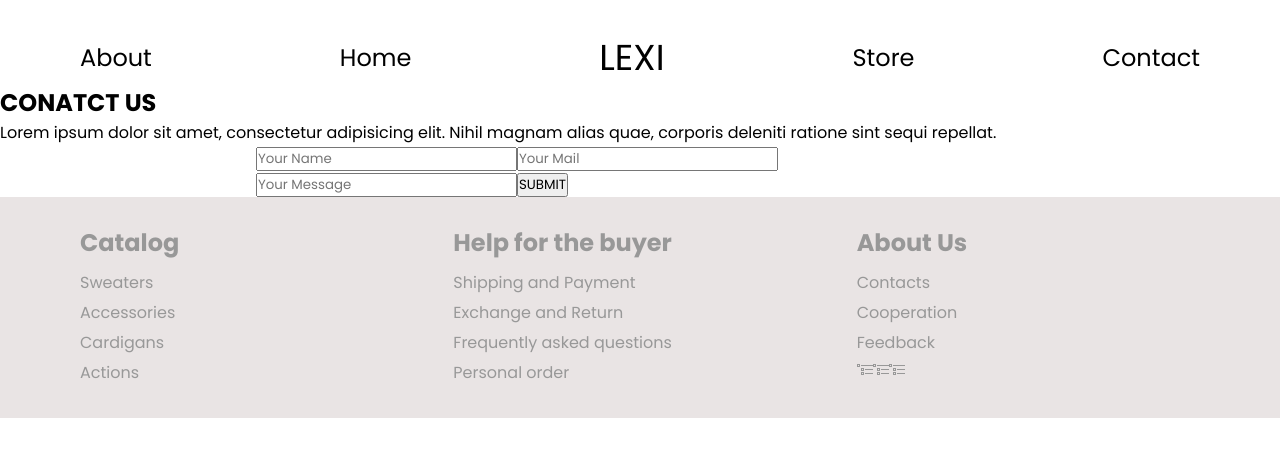
Repository: BuduCE/lexi
Page: /contact
The author's editor kept a copy of each file at every save. The page is drawn from the files as they stood at one save, then again after the next save.
The browser window is 1280 px wide. The pictures show the whole page.
The project was rebuilt for these pictures with package versions that can differ from the ones it lists, and the page was loaded fresh each time. The framework's server and built-in components were replaced by stand-ins that run in the browser. Also part of the build but not shown: nuxt.config.ts, components/CartIcon.vue, components/Icons/Cart.vue, components/Icons/Close.vue, components/Icons/CloseHam.vue, components/Icons/RightArrow.vue, components/Product.vue.

Above is the page before, as saved 2023-05-24 06:37:52.

### assets/main.css
@import url('https://fonts.googleapis.com/css2?family=Montserrat:ital,wght@0,200;0,300;0,400;0,500;0,600;0,700;0,800;0,900;1,200;1,300;1,400;1,500;1,600;1,700;1,800;1,900&family=Poppins:wght@100;200;300;400;500;700;900&display=swap');

*{
    margin: 0;
    padding: 0;
    box-sizing: border-box;
    font-family: poppins;
}

### components/Footer.vue
<template>
    <footer>
        <div class="catalog footer_pane">
            <h2>Catalog</h2>
            <p>Sweaters</p>
            <p>Accessories</p>
            <p>Cardigans</p>
            <p>Actions</p>
        </div>
        <div class="help footer_pane">
            <h2>Help for the buyer</h2>
            <p>Shipping and Payment</p>
            <p>Exchange and Return</p>
            <p>Frequently asked questions</p>
            <p>Personal order</p>
        </div>
        <div class="about footer_pane">
            <h2>About Us</h2>
            <p>Contacts</p>
            <p>Cooperation</p>
            <p>Feedback</p>
            <div class="socials">
                <IconsHamburger />
                <IconsHamburger />
                <IconsHamburger />
            </div>
        </div>
    </footer>
</template>

<style>
footer{
    background: #E9E4E4;
    color: #989898;
    padding: 28px 80px;
    display: grid;
    grid-template-columns: 1fr 1fr 1fr;
}
.footer_pane h2{
    padding-bottom: 10px;
}
.footer_pane p{
    padding-bottom: 5px;
}
.help{
    padding-right: 30px;
}
.about{
    padding-left: 30px;
}
@media screen and (max-width: 768px) {
    footer{
        display: grid;
        grid-template-columns: 1fr 1fr;
        padding: 28px 80px;
    }
    .help {
        padding-right: 0;
    }

    .about {
        padding-left: 0;
    }
}
@media screen and (max-width: 596px) {
    footer{
        grid-template-columns: 1fr;
        padding: 10px 60px;
    }
}
@media screen and (max-width: 463px) {
    footer{
        padding: 10px 10px;
    }
}
</style>

### components/Header.vue
<script setup>
// Hamburger Menu
const showMenu = ref(false)

const handleMenu = () => showMenu.value = !showMenu.value

</script>

<template>
    <div>
        <header class="nav">
            <NuxtLink to="/about" class="nav_option">About</NuxtLink>
            <NuxtLink to="/" class="nav_option">Home</NuxtLink>
            <a class="logo" id="logo">LEXI</a>
            <NuxtLink to="/store" class="nav_option">Store</NuxtLink>
            <NuxtLink to="" class="nav_option">Contact</NuxtLink>
        </header>

        <header class="nav_mob">
            <a href="#" class="logo" id="mob_logo">LEXI</a>

            <div v-show="showMenu" class="desk_nav" id="mobi-links">

                <button class="logomob hamburger_close" id="close_hamburger" style="color: red;" @click="handleMenu">X CLOSE X</button>


                <NuxtLink to="/" class="nav_option">Home</NuxtLink>

                <NuxtLink to="/about" class="nav_option">About</NuxtLink>

                <NuxtLink to="/store" class="nav_option">Store</NuxtLink>

                <NuxtLink to="/contact" class="nav_option">Contact</NuxtLink>

            </div>

            <button class="hamburger"  id="hamburger" @click="showMenu = true">
                <svg stroke="currentColor" fill="none" stroke-width="2.5" viewBox="0 0 24 24" stroke-linecap="round"
                    stroke-linejoin="round" class="h-6 w-6" height="2em" width="2em" xmlns="http://www.w3.org/2000/svg">
                    <line x1="3" y1="12" x2="21" y2="12"></line>
                    <line x1="3" y1="6" x2="21" y2="6"></line>
                    <line x1="3" y1="18" x2="21" y2="18"></line>
                </svg>
            </button>
            <!-- <IconsHamburger class="hamburger"  id="hamburger" @click="showMenu = true"/> -->
        </header>
    </div>
</template>

<style>
.nav{
    display: flex;
    align-items: center;
    justify-content: space-between;
    padding: 30px 80px 0px 80px;
}
.nav a{
    text-decoration: none;
    color: #000;
    font-size: 1.5rem;
}
.nav_mob a{
    text-decoration: none;
    color: #000;
}
.nav a:hover{
    font-weight: bolder;
    transition: 1s;
}
.nav_mob a:hover{
    font-weight: bolder;
    transition: 1s;
}
#logo{
    font-size: 2.25rem;
    font-weight: normal;
}
#mob_logo{
    font-size: 1.8rem;
    font-weight: normal;
}
.nav_mob{
    display: none;
}
/* Responsiveness */
@media screen and (max-width: 768px) {
    .nav {
        padding: 10px 80px 0 80px;
    }
}
@media screen and (max-width: 596px) {
    .nav{
        padding: 10px 60px 0 60px;
    }
    .nav a{
        font-size: 1.2rem;
    }
}
@media screen and (max-width: 463px) {
    .nav{
        display: none;
    }
    .nav_mob{
        display: flex;
        justify-content: space-between;
        align-items: center;
        padding: 0 10px;
        padding-top: 10px;
    }
    .desk_nav{
        /* display: none; */
        display: flex;
        width: 35%;
        flex-direction: column;
        padding: 10px 0;
        text-align: center;
        position: fixed;
        top: 0;
        right: 0;
        background: #fff;
        z-index: 5;
        position: fixed;
        animation: fadeIn 2s;
        box-shadow: -8px 9px 14px -3px rgba(0, 0, 0, 0.78);
            -webkit-box-shadow: -8px 9px 14px -3px rgba(0, 0, 0, 0.78);
            -moz-box-shadow: -8px 9px 14px -3px rgba(0, 0, 0, 0.78);
    }
    .desk_nav a {
        padding: 10px;
        cursor: pointer;
    }
    .hamburger_close{
        font-size: 0.75rem;
    }
    .hamburger{
        background: none;
        border: none;
        cursor: pointer;
    }
    #close_hamburger{
        border: none;
        background: none;
    }
}
</style>

### components/Icons/Hamburger.vue

<template>
    <svg xmlns="http://www.w3.org/2000/svg" width="1em" height="1em" viewBox="0 0 2048 2048">
        <path fill="currentColor"
            d="M512 384h1536v128H512V384zm512 640V896h1024v128H1024zm0 512v-128h1024v128H1024zM0 640V256h384v384H0zm128-256v128h128V384H128zm384 768V768h384v384H512zm128-256v128h128V896H640zm-128 768v-384h384v384H512zm128-256v128h128v-128H640z">
        </path>
    </svg>
</template>

<script>
export default {
    name: 'FluentMdl2BulletedTreeList'
}
</script>

### pages/contact.vue
<template>
    <Header />

    <div class="form">
        <h2>CONATCT US</h2>
        <p>Lorem ipsum dolor sit amet, consectetur adipisicing elit. Nihil magnam alias quae, corporis deleniti ratione sint sequi repellat.</p>

        <form action="">
            <input type="text" placeholder="Your Name">

            <input type="text" placeholder="Your Mail">

            <input type="text" placeholder="Your Message">

            <button>SUBMIT <IconRightArrow /></button>
        </form>

    </div>

    <Footer />
</template>

<style>
form{
    width: 60%;
    margin: auto;
    border
}
</style>

Loaded but not shown: app.vue (common file)

After the next save:
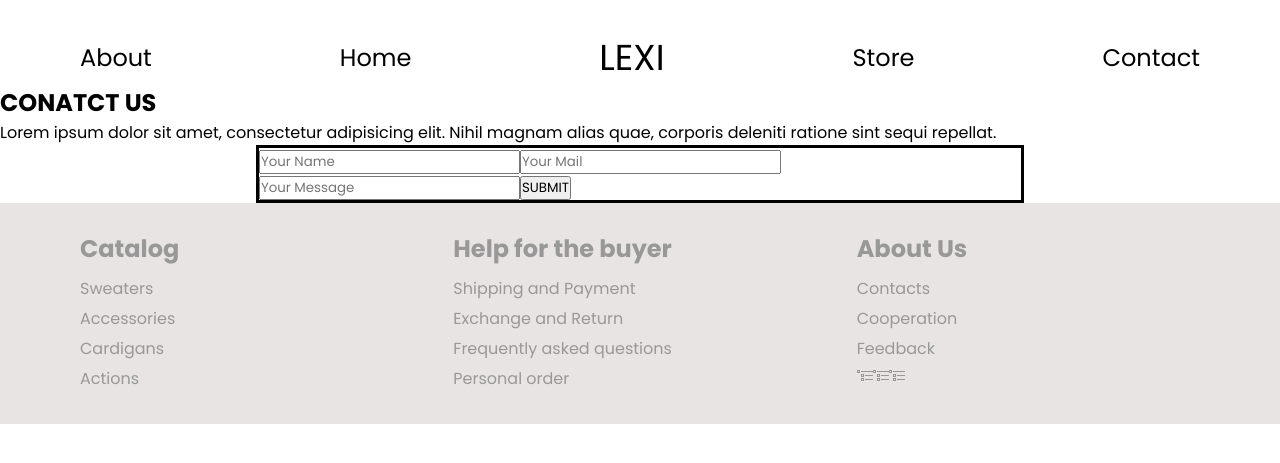
Saved 6 s later.
--- a/pages/contact.vue
+++ b/pages/contact.vue
@@ -24,6 +24,6 @@
 form{
     width: 60%;
     margin: auto;
-    border
+    border: 3px solid ;
 }
 </style>
